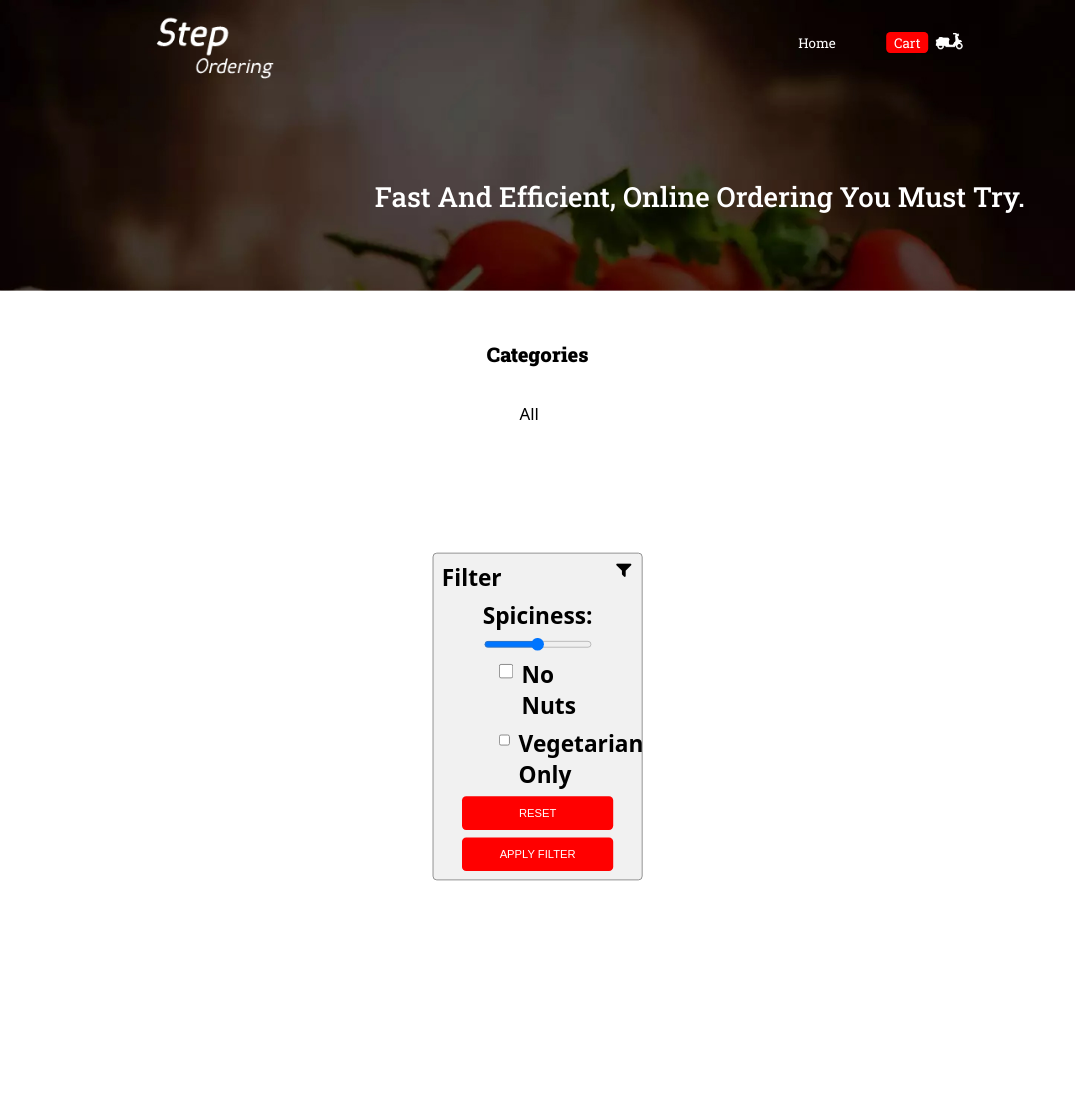
Repository: anastasia29-step/Online-Restaurant
Page: index.html
An editor plug-in stored every save of this project. The page is shown before and after the next save, followed by the edit.
The browser window is 1280 px wide. The pictures show the whole page, at 84% of full size.
Some web libraries are served in a nearby version.

Above is the page before, as saved 2026-03-10 14:30:42.
Not found: app.js/

After the next save:
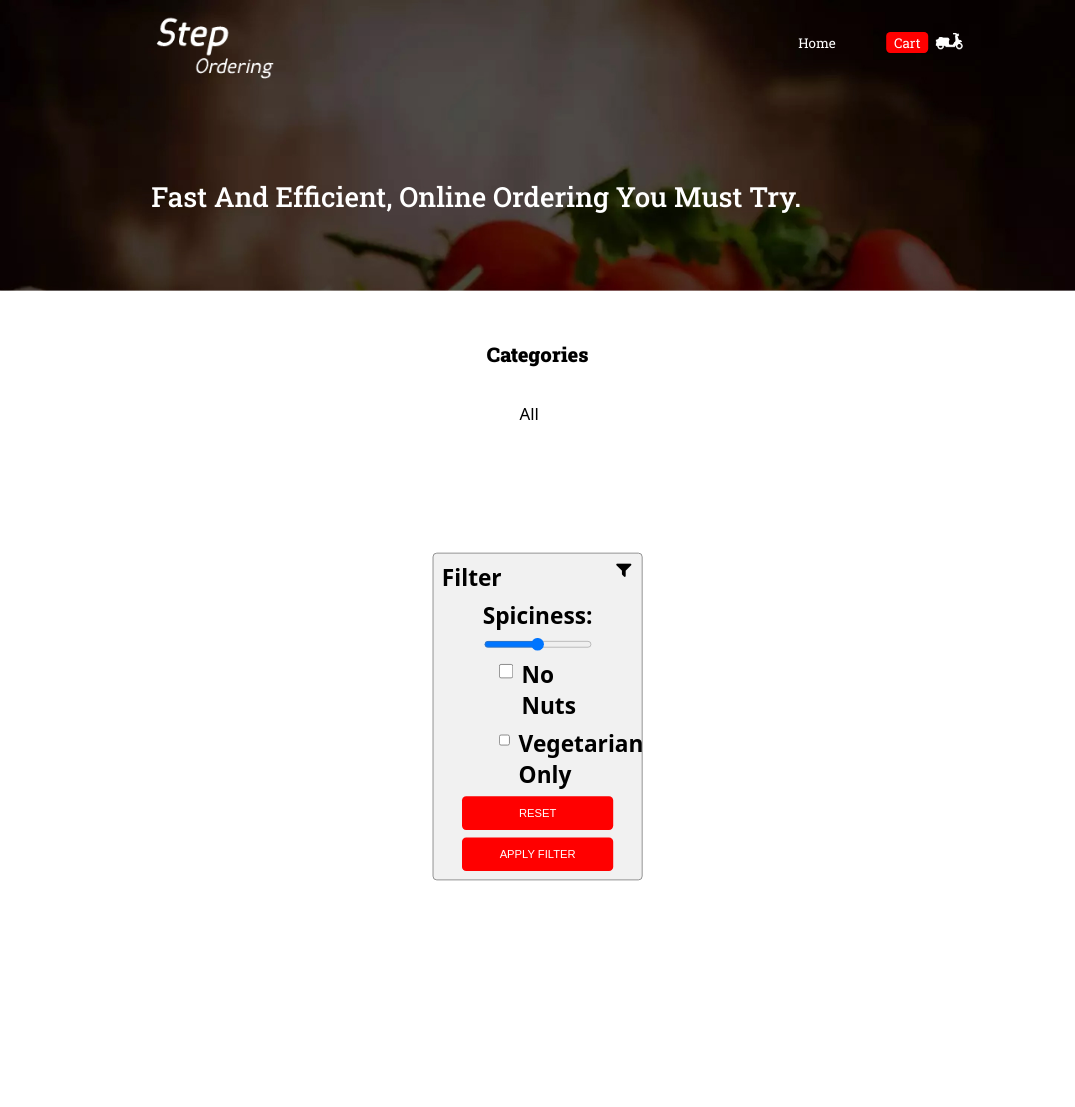
Saved 27 s later.
--- a/style.css
+++ b/style.css
@@ -119,9 +119,7 @@
 
 }
 
-h1 {
-    margin: auto;
-}
+
 
 .sectionCard {
     display: flex;

After the save that followed:
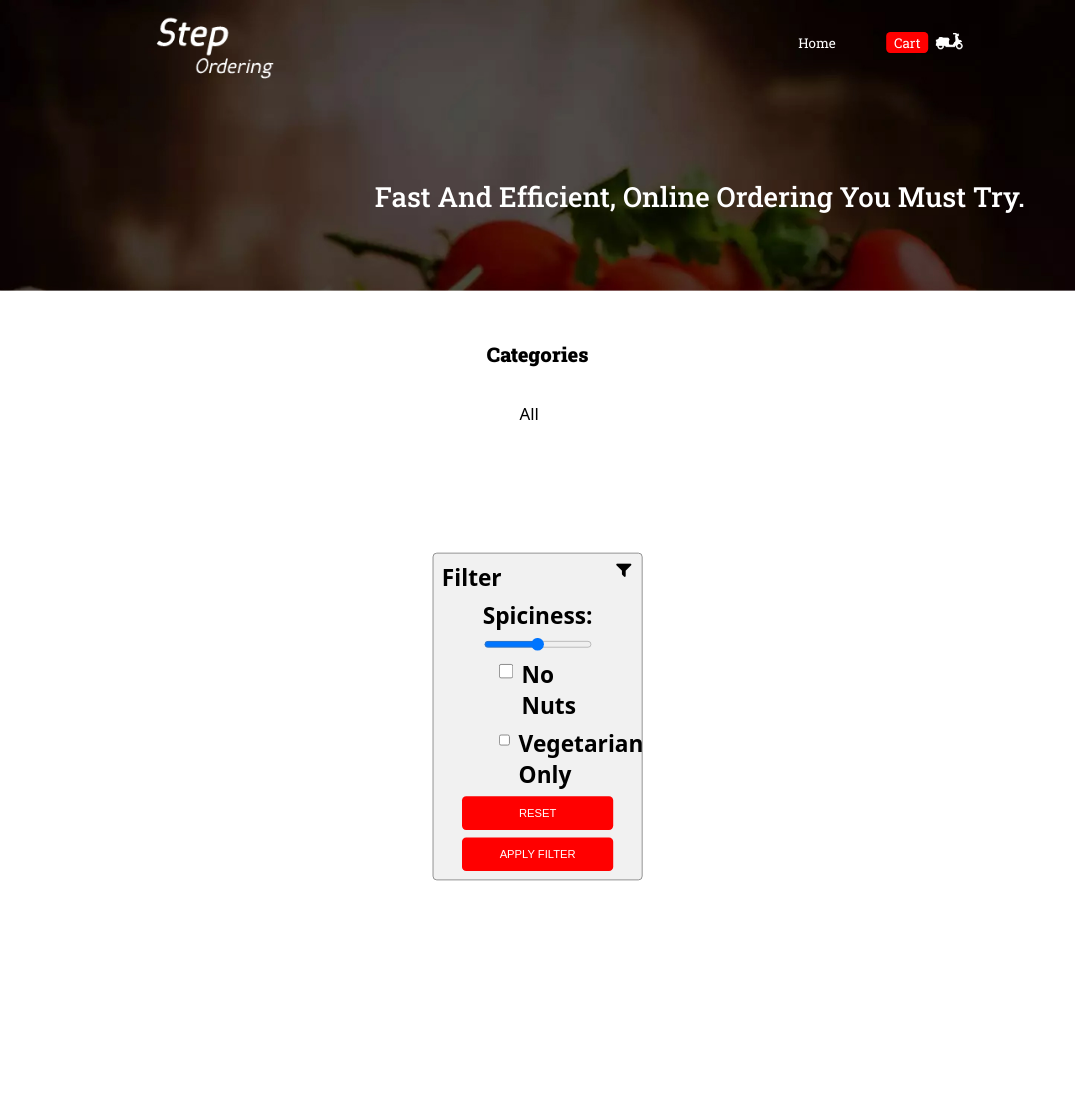
Saved 11 s later.
--- a/style.css
+++ b/style.css
@@ -119,7 +119,9 @@
 
 }
 
-
+h1 {
+    margin: auto;
+}
 
 .sectionCard {
     display: flex;
